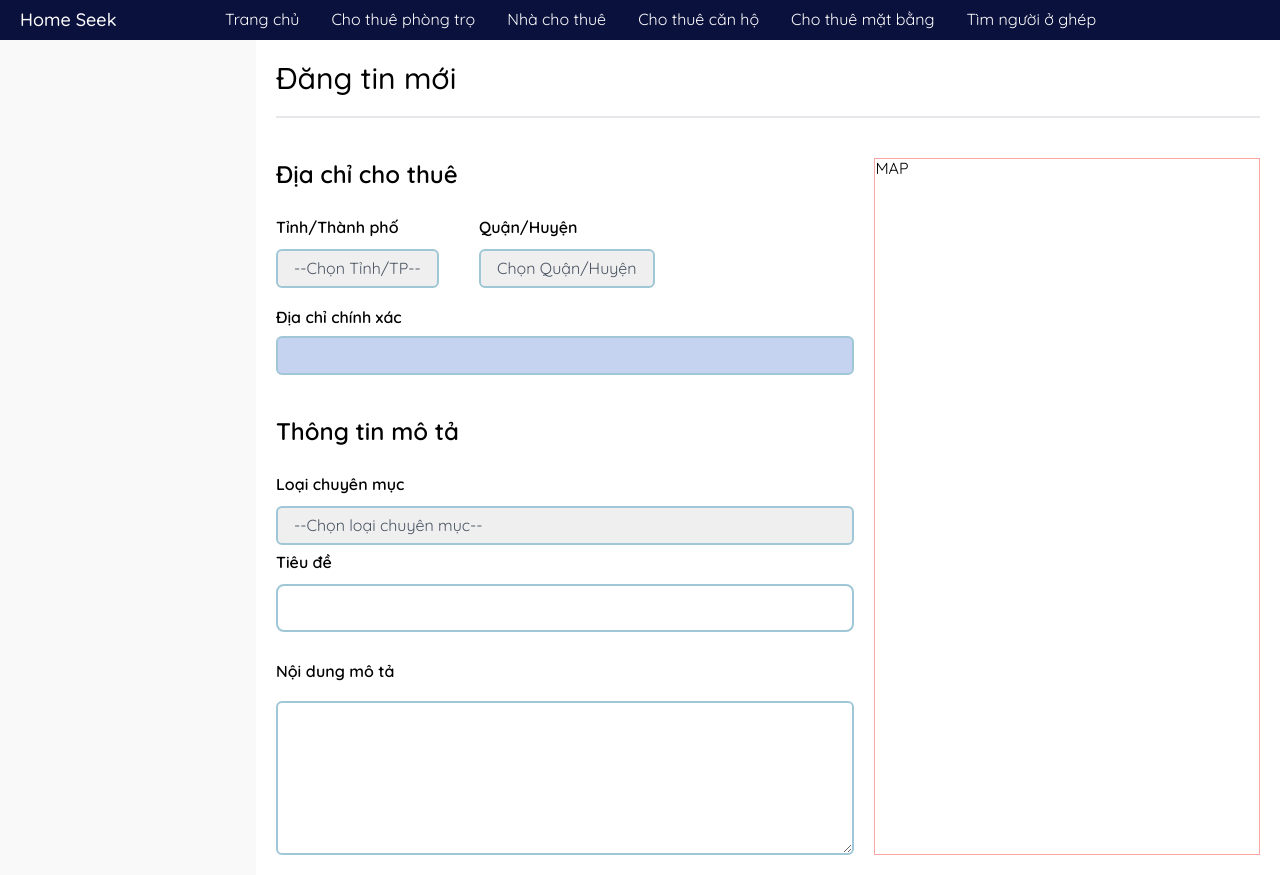
Repository: ajincome26/homeseek
Page: /create (app in client/)
These files come from the project's save history. The page is drawn as it stood at one moment and after the next save; the edit follows.
The browser window is 1280 px wide. The pictures show the whole page.
The page's requests for data from a server got no answer. The project was rebuilt for these pictures with package versions that can differ from the ones it lists, and the page was loaded fresh each time. Some packages were replaced by stand-ins written for this rebuild. No one was signed in, and anything a server would have sent is missing. Also part of the build but not shown: client/vite.config.ts, client/src/components/Footer/Footer.tsx, client/src/components/Button/Button.tsx, client/src/components/Button/index.ts, client/src/utils/utils.tsx, client/src/components/MainHeader/components/User.tsx, client/src/components/Popover/Popover.tsx, client/src/components/Popover/index.ts and 16 more.

Above is the page before, as saved 2024-01-10 05:12:48.

### client/index.html
<!doctype html>
<html lang="en">
  <head>
    <meta charset="UTF-8" />
    <link rel="icon" type="image/svg+xml" href="/vite.svg" />
    <meta name="viewport" content="width=device-width, initial-scale=1.0" />
    <title>Home Seek</title>
    <link rel="preconnect" href="https://fonts.googleapis.com" />
    <link rel="preconnect" href="https://fonts.gstatic.com" crossorigin />
    <link
      href="https://fonts.googleapis.com/css2?family=Quicksand:wght@300;400;500;600;700&display=swap"
      rel="stylesheet"
    />
  </head>
  <body>
    <div id="root"></div>
    <script type="module" src="/src/main.tsx"></script>
  </body>
</html>

### client/src/main.tsx
import ReactDOM from 'react-dom/client'
import App from './App'
import './styles/index.scss'
import { BrowserRouter } from 'react-router-dom'
import { QueryClient, QueryClientProvider } from '@tanstack/react-query'
import { ReactQueryDevtools } from '@tanstack/react-query-devtools'
import { AuthProvider } from './contexts/auth.context'
import { ErrorBoundary } from './components/ErrorBoundary'

// Create a client
const queryClient = new QueryClient({
  defaultOptions: {
    queries: {
      refetchOnWindowFocus: false // disable việc fetch lại api khi focus tab window
    }
  }
})

ReactDOM.createRoot(document.getElementById('root')!).render(
  <BrowserRouter>
    <QueryClientProvider client={queryClient}>
      <AuthProvider>
        <ErrorBoundary>
          <App />
        </ErrorBoundary>
      </AuthProvider>
      <ReactQueryDevtools initialIsOpen={false} />
    </QueryClientProvider>
  </BrowserRouter>
)

### client/src/App.tsx
import { useEffect } from 'react'
import { useAuth } from './contexts/auth.context'
import useRoute from './useRoute'
import { LocalStorageEventTarget } from './utils/auth'
import { ToastContainer } from 'react-toastify'
import 'react-toastify/dist/ReactToastify.css'

function App() {
  const routeElements = useRoute()
  const { resetAuth } = useAuth()
  useEffect(() => {
    LocalStorageEventTarget.addEventListener('clearLS', () => {
      resetAuth()
    })
    return () => {
      LocalStorageEventTarget.removeEventListener('clearLS', () => {
        resetAuth()
      })
    }
  }, [resetAuth])
  return (
    <div className='bg-third'>
      <ToastContainer />
      <div>{routeElements}</div>
    </div>
  )
}

export default App

### client/src/styles/index.scss
@tailwind base;
@tailwind components;
@tailwind utilities;

@import 'reset';

body {
  font-family: 'Quicksand', sans-serif;
  font-size: 16px;
  line-height: 1.2;
}

select {
  -webkit-appearance: none;
  -moz-appearance: none;
  appearance: none;
}

::-webkit-scrollbar {
  width: 10px;
}
::-webkit-scrollbar-track {
  background-color: #fafafa;
}
::-webkit-scrollbar-thumb {
  background-color: #ccd0d7;
  border-radius: 50px;
}

/* Chrome, Safari, Edge, Opera */
input::-webkit-outer-spin-button,
input::-webkit-inner-spin-button {
  -webkit-appearance: none;
  margin: 0;
}
/* Firefox */
input[type='number'] {
  appearance: textfield;
}

.cr-truncate-1 {
  overflow: hidden;
  display: -webkit-box;
  -webkit-box-orient: vertical;
  -webkit-line-clamp: 1;
  text-overflow: ellipsis;
  word-break: break-word;
}

// class tailwind-sort
.cr-transition {
  @apply transition-all ease-linear duration-200;
}
.cr-hover-text {
  @apply hover:text-[#977616] transition-colors ease-linear duration-200 cursor-pointer;
}
.cr-input-text {
  @apply px-3 py-2 border-[2px] border-[#a0c7d6] outline-none rounded-md focus:border-[#4b5fc2] cr-transition box-border w-full;
}

### client/src/contexts/auth.context.tsx
import React, { createContext, useContext, useState } from 'react'
import { User } from '~/types/user.type'
import { getAccessToken, getUserInfoFromStorage } from '~/utils/auth'

interface AuthProviderType {
  isLoggedIn: boolean
  setIsLoggedIn: React.Dispatch<React.SetStateAction<boolean>>
  userInfo: User | null
  setUserInfo: React.Dispatch<React.SetStateAction<User | null>>
  resetAuth: () => void
}
const initialContext: AuthProviderType = {
  isLoggedIn: Boolean(getAccessToken()),
  setIsLoggedIn: () => null,
  userInfo: getUserInfoFromStorage(),
  setUserInfo: () => null,
  resetAuth: () => null
}

const AuthContext = createContext<AuthProviderType>(initialContext)
const useAuth = () => {
  const context = useContext(AuthContext)
  if (typeof context === 'undefined') throw new Error('useAuth must be used within a AuthContext')
  return context
}
const AuthProvider = ({ children }: { children: React.ReactNode }) => {
  const [isLoggedIn, setIsLoggedIn] = useState(initialContext.isLoggedIn)
  const [userInfo, setUserInfo] = useState(initialContext.userInfo)
  const resetAuth = () => {
    setIsLoggedIn(false)
    setUserInfo(null)
  }
  return (
    <AuthContext.Provider value={{ isLoggedIn, setIsLoggedIn, userInfo, setUserInfo, resetAuth }}>
      {children}
    </AuthContext.Provider>
  )
}

// eslint-disable-next-line react-refresh/only-export-components
export { useAuth, AuthProvider }

### client/src/components/ErrorBoundary/index.ts
export { default as ErrorBoundary } from './ErrorBoundary'

### client/src/useRoute.tsx
import { useRoutes } from 'react-router-dom'
import { path } from './constants/path'
import { MainLayout } from './layouts/MainLayout'
import ManageLayout from './layouts/ManageLayout/ManageLayout'
import { CreatePost } from './pages/CreatePostPage'
import { HomePage } from './pages/HomePage'
import { LoginPage } from './pages/LoginPage'
import { RegisterPage } from './pages/RegisterPage'

const { HOME, LOGIN, REGISTER, OAUTH, CREATE } = path

const useRoute = () => {
  return useRoutes([
    {
      path: LOGIN,
      element: <LoginPage />
    },
    {
      path: REGISTER,
      element: <RegisterPage />
    },
    {
      path: OAUTH,
      element: <LoginPage />
    },
    {
      path: OAUTH,
      element: <RegisterPage />
    },
    // Authen không ảnh hưởng
    {
      element: <ManageLayout />,
      children: [
        {
          index: true,
          path: CREATE,
          element: <CreatePost />
        }
      ]
    },
    {
      element: <MainLayout />,
      children: [
        {
          index: true,
          path: HOME,
          element: <HomePage />
        }
      ]
    }
  ])
}

export default useRoute

### client/src/utils/auth.ts
import { User } from '~/types/user.type'

export const LocalStorageEventTarget = new EventTarget()

export const getAccessToken = () => localStorage.getItem('accessToken') || ''
export const getRefreshToken = () => localStorage.getItem('refreshToken') || ''
export const setAccessToken = (accessToken: string) => localStorage.setItem('accessToken', accessToken)
export const setRefreshToken = (refreshToken: string) => localStorage.setItem('refreshToken', refreshToken)
export const getUserInfoFromStorage = () => {
  const info = localStorage.getItem('userInfo')
  return info ? JSON.parse(info) : null
}
export const setUserInfoToStorage = (userInfo: User) => localStorage.setItem('userInfo', JSON.stringify(userInfo))

export const clearLocalStorage = () => {
  localStorage.removeItem('accessToken')
  localStorage.removeItem('refreshToken')
  localStorage.removeItem('userInfo')
  const clearLSEvent = new Event('clearLS')
  LocalStorageEventTarget.dispatchEvent(clearLSEvent)
}

### client/src/styles/_reset.scss
*,
*::before,
*::after {
  box-sizing: border-box;
}
* {
  margin: 0;
  padding: 0;
}

html,
body {
  height: 100%;
}
body {
  line-height: 1.5;
  -webkit-font-smoothing: antialiased;
  -webkit-tap-highlight-color: rgba(0, 0, 0, 0);
}
a {
  text-decoration: none;
  color: inherit;
}
img,
picture,
video,
canvas,
svg {
  display: block;
  // max-width: 100%;
}
input,
button,
textarea,
select {
  font: inherit;
  outline: none;
}
option:checked {
  background-color: #0891b2;
  color: white;
  font-style: italic;
}
p,
h1,
h2,
h3,
h4,
h5,
h6 {
  overflow-wrap: break-word;
}

### client/src/constants/path.ts
export const path = {
  HOME: '/',
  LOGIN: '/login',
  OAUTH: '/login/oauth',
  REGISTER: '/register',
  LOGOUT: '/logout',

  ROOM_FOR_RENT: '/room-for-rent',
  HOUSE_FOR_RENT: '/house-for-rent',
  APARTMENT_FOR_RENT: '/apartment-for-rent',
  GROUND_FOR_RENT: '/ground-for-rent',
  FIND_A_ROOMATE: '/find-a-roomate',

  CREATE: '/create',
  MANAGE: '/manage',
  PROFILE: '/user/profile',
  CHANGE_PASSWORD: '/user/change-password',

  CONTACT: '/contact',

  NOT_FOUND: '*'
}

### client/src/layouts/MainLayout/index.ts
export { default as MainLayout } from './MainLayout'

### client/src/layouts/ManageLayout/ManageLayout.tsx
import { Outlet } from 'react-router-dom'
import { Sidebar } from '~/components/Sidebar'
import { SubHeader } from '~/components/SubHeader'

const ManageLayout = () => {
  return (
    <>
      <SubHeader />
      <div className='pt-[40px] flex'>
        <div className='min-h-[calc(100vh-40px)] basis-1/5'>
          <Sidebar />
        </div>
        <div className='bg-white basis-4/5'>
          <Outlet />
        </div>
      </div>
    </>
  )
}

export default ManageLayout

### client/src/pages/CreatePostPage/index.ts
export { default as CreatePost } from './CreatePost'

### client/src/pages/HomePage/index.ts
export { default as HomePage } from './HomePage'

### client/src/pages/LoginPage/index.ts
export { default as LoginPage } from './LoginPage'

### client/src/pages/RegisterPage/index.ts
export { default as RegisterPage } from './RegisterPage'

### client/src/components/Sidebar/index.ts
export { default as Sidebar } from './Sidebar'

### client/src/components/SubHeader/index.ts
export { default as SubHeader } from './SubHeader'

### client/src/pages/CreatePostPage/CreatePost.tsx
import { yupResolver } from '@hookform/resolvers/yup'
import { useForm } from 'react-hook-form'
import { postSchema, PostSchema } from '~/utils/schema'
import Address from './components/Address'
import Overview from './components/Overview'

export type FormPost = PostSchema

const CreatePost = () => {
  const { handleSubmit } = useForm<FormPost>({
    resolver: yupResolver(postSchema)
  })
  const handleCreatePost = (data: FormPost) => {}
  return (
    <div className='p-5 text-black'>
      <h2 className='w-full pb-5 text-3xl font-medium border-b-2'>Đăng tin mới</h2>
      <div className='flex gap-5 mt-10'>
        <form onSubmit={handleSubmit(handleCreatePost)} className='flex flex-col gap-10 basis-[60%]'>
          <Address />
          <Overview />
        </form>
        <div className='border border-red-300 map basis-[40%]'>MAP</div>
      </div>
    </div>
  )
}

export default CreatePost

### client/src/components/SubHeader/SubHeader.tsx
import { Link } from 'react-router-dom'
import { SubNavigation } from '../SubNavigation'

const SubHeader = () => {
  return (
    <div className='fixed w-full h-[40px] bg-primary text-white flex items-center gap-12 px-5'>
      <Link to={'/'} className='text-lg font-medium cursor-pointer hover:text-sixth cr-transition'>
        Home Seek
      </Link>
      <div className='w-[80%]'>
        <SubNavigation />
      </div>
    </div>
  )
}

export default SubHeader

### client/src/pages/CreatePostPage/components/Overview.tsx
import { yupResolver } from '@hookform/resolvers/yup'
import { useState } from 'react'
import { Field } from '~/components/Field'
import { Input } from '~/components/Input'
import { Select } from '~/components/Select'
import { categories } from '~/constants/data'
import { useForm } from 'react-hook-form'
import { postSchema, PostSchema } from '~/utils/schema'
import { Label } from '~/components/Label'

export type FormCreatePost = PostSchema

const Overview = () => {
  const [category, setCategory] = useState('')
  const {
    register,
    handleSubmit,
    setError,
    formState: { errors }
  } = useForm<FormCreatePost>({
    resolver: yupResolver(postSchema)
  })
  return (
    <div>
      <h1 className='mb-5 text-2xl font-semibold'>Thông tin mô tả</h1>
      <Field>
        <Label textColor='text-black' htmlFor='title'>
          Loại chuyên mục
        </Label>
        <Select
          type='category'
          optionTitle='--Chọn loại chuyên mục--'
          categories={categories as []}
          value={category}
          setValue={setCategory}
        />
      </Field>
      <Field>
        <Label textColor='text-black' htmlFor='title'>
          Tiêu đề
        </Label>
        <Input
          className='px-3 py-2 border-[2px] border-[#a0c7d6] outline-none focus:border-[#4b5fc2] cr-transition flex-1 hover:border-[#a0c7d6]'
          register={register}
          name='title'
          errorMessage={errors.title?.message}
        />
      </Field>
      <Field>
        <Label textColor='text-black' htmlFor='title'>
          Nội dung mô tả
        </Label>
        <textarea
          id='desc'
          className='mt-2 cr-input-text'
          rows={7}
          // value={payload.description}
          // onChange={(e) => setPayload((prev) => ({ ...prev, description: e.target.value }))}
          // onFocus={() => setInvalidFields([])}
        />
      </Field>
    </div>
  )
}

export default Overview

### client/src/components/Field/index.ts
export { default as Field } from './Field'

### client/src/components/Input/index.ts
export { default as Input } from './Input'
export { default as InputPassword } from './InputPassword'
export { default as InputSearch } from './InputSearch'
export { default as InputNumber } from './InputNumber'
export { default as InputFile } from './InputFile'
export { default as InputReadOnly } from './InputReadOnly'

### client/src/components/Label/index.ts
export { default as Label } from './Label'

### client/src/components/SubNavigation/index.ts
export { default as SubNavigation } from './SubNavigation'

### client/src/apis/province.api.ts
import { Province } from '~/types/province.type'
import { apiGetPublicProvinces } from '~/utils/utils'

const provinceApi = {
  getProvinces: () => apiGetPublicProvinces.get<Province[]>('/')
}

export default provinceApi

### client/src/components/Select/index.ts
export { default as Select } from './Select'

### client/src/components/Field/Field.tsx
interface Props {
  children: JSX.Element | JSX.Element[]
}

const Field = ({ children }: Props) => {
  return <div className='flex flex-col items-start'>{children}</div>
}

export default Field

### client/src/components/Input/Input.tsx
import { InputHTMLAttributes } from 'react'
import type { FieldValues, FieldPath, UseFormRegister } from 'react-hook-form'

export interface InputProps<TFieldValues extends FieldValues> extends InputHTMLAttributes<HTMLInputElement> {
  name: FieldPath<TFieldValues>
  errorMessage?: string
  register: UseFormRegister<TFieldValues>
}

const Input = <TFieldValues extends FieldValues = FieldValues>({
  className,
  type,
  name,
  children,
  errorMessage,
  register,
  ...props
}: InputProps<TFieldValues>) => {
  return (
    <div className='relative w-full'>
      <input
        id={name}
        type={type || 'text'}
        {...register(name)}
        {...props}
        className={`mb-[6px] border rounded-lg py-3 bg-grayField hover:border-primary focus:border-primary transition w-full focus:bg-white ${
          children ? 'pl-4 pr-10' : 'px-4'
        } ${className}`}
        autoComplete='on'
      />
      <span className='absolute top-1/2 right-3 translate-y-[-110%] cursor-pointer text-grayDark'>{children}</span>
      <div className='text-sm text-red-500 min-h-[1rem] leading-4'>{errorMessage}</div>
    </div>
  )
}

export default Input

### client/src/components/Input/InputReadOnly.tsx
import { InputHTMLAttributes } from 'react'

export interface InputProps extends InputHTMLAttributes<HTMLInputElement> {
  title: string
  data: string
}

const InputReadOnly = ({ title, data }: InputProps) => {
  return (
    <div className='w-full'>
      <label className='font-semibold' htmlFor={title}>
        {title}
      </label>
      <input type='text' id={title} value={data || ''} className='mt-2 cr-input-text bg-[#c5d3f1]' readOnly />
    </div>
  )
}

export default InputReadOnly

### client/src/components/Label/Label.tsx
interface Props {
  htmlFor: string
  children: string
  textColor?: string
}

const Label = ({ htmlFor, children, textColor }: Props) => {
  return (
    <label className={`${textColor || 'text-white'} mt-2 mb-3 font-semibold cursor-pointer`} htmlFor={htmlFor}>
      {children}
    </label>
  )
}

export default Label

### client/src/components/SubNavigation/SubNavigation.tsx
import { NavLink } from 'react-router-dom'
import { categories } from '~/constants/data'

const notActive = 'hover:bg-secondary px-4 h-full flex items-center bg-primary transition-all ease-linear duration-300'
const active = 'hover:bg-secondary px-4 h-full flex items-center bg-secondary'
const SubNavigation = () => {
  return (
    <div className='w-full h-[40px] flex justify-center items-center'>
      <div className='flex items-center h-full'>
        <NavLink to={'/'} className={({ isActive }) => (isActive ? active : notActive)}>
          Trang chủ
        </NavLink>
        {categories?.length > 0 &&
          categories.map((item, index) => {
            return (
              <div key={index} className='h-full'>
                <NavLink to={item.path} className={({ isActive }) => (isActive ? active : notActive)}>
                  {item.name}
                </NavLink>
              </div>
            )
          })}
      </div>
    </div>
  )
}

export default SubNavigation

Loaded but not shown: client/tailwind.config.js (37 lines, source omitted); client/src/utils/schema.ts (64 lines, source omitted); client/src/pages/CreatePostPage/components/Address.tsx (77 lines, source omitted); client/src/components/Select/Select.tsx (49 lines, source omitted); client/src/utils/icons.ts (69 lines, source omitted); client/src/constants/data.tsx (73 lines, source omitted)

After the next save:
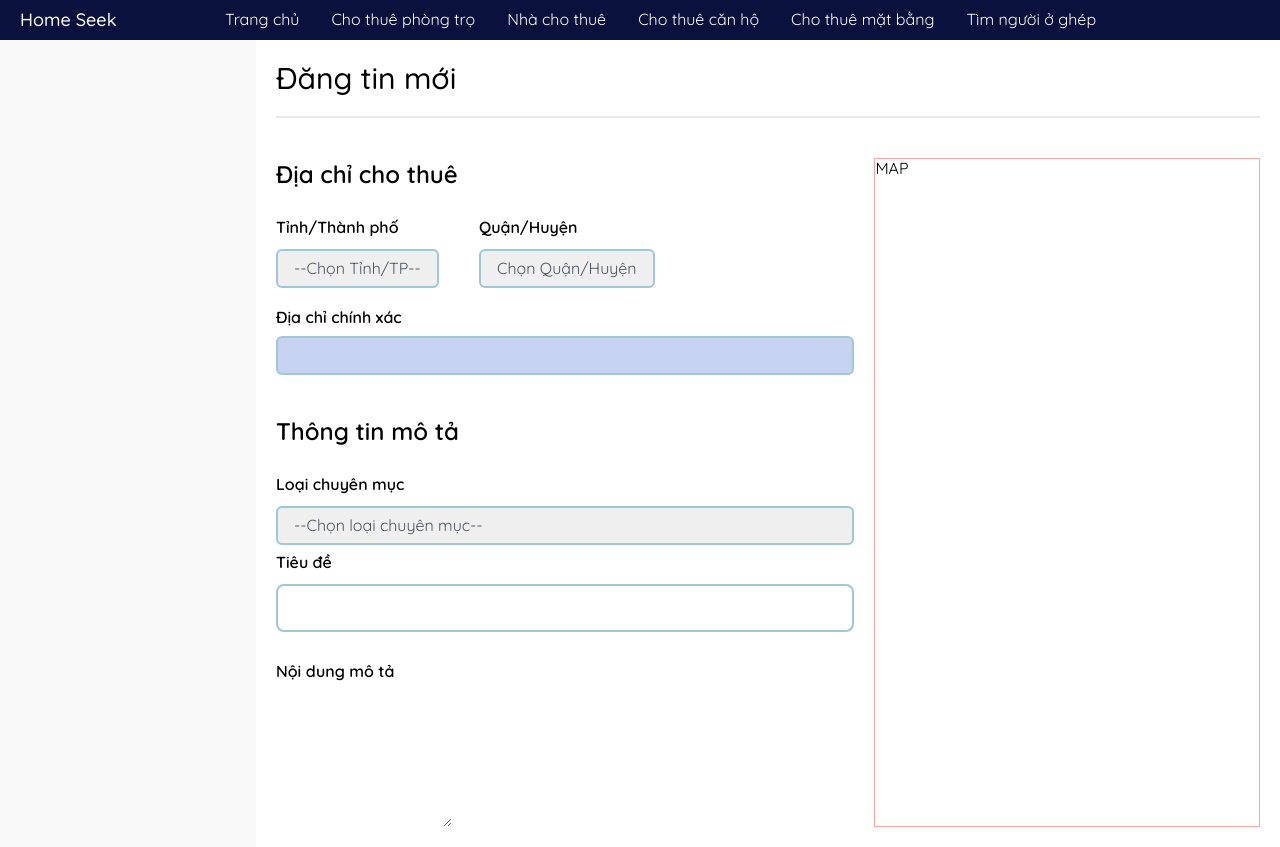
Saved 24 s later.
--- a/client/src/pages/CreatePostPage/components/Overview.tsx
+++ b/client/src/pages/CreatePostPage/components/Overview.tsx
@@ -52,7 +52,7 @@
         </Label>
         <textarea
           id='desc'
-          className='mt-2 cr-input-text'
+          className=''
           rows={7}
           // value={payload.description}
           // onChange={(e) => setPayload((prev) => ({ ...prev, description: e.target.value }))}

After the save that followed:
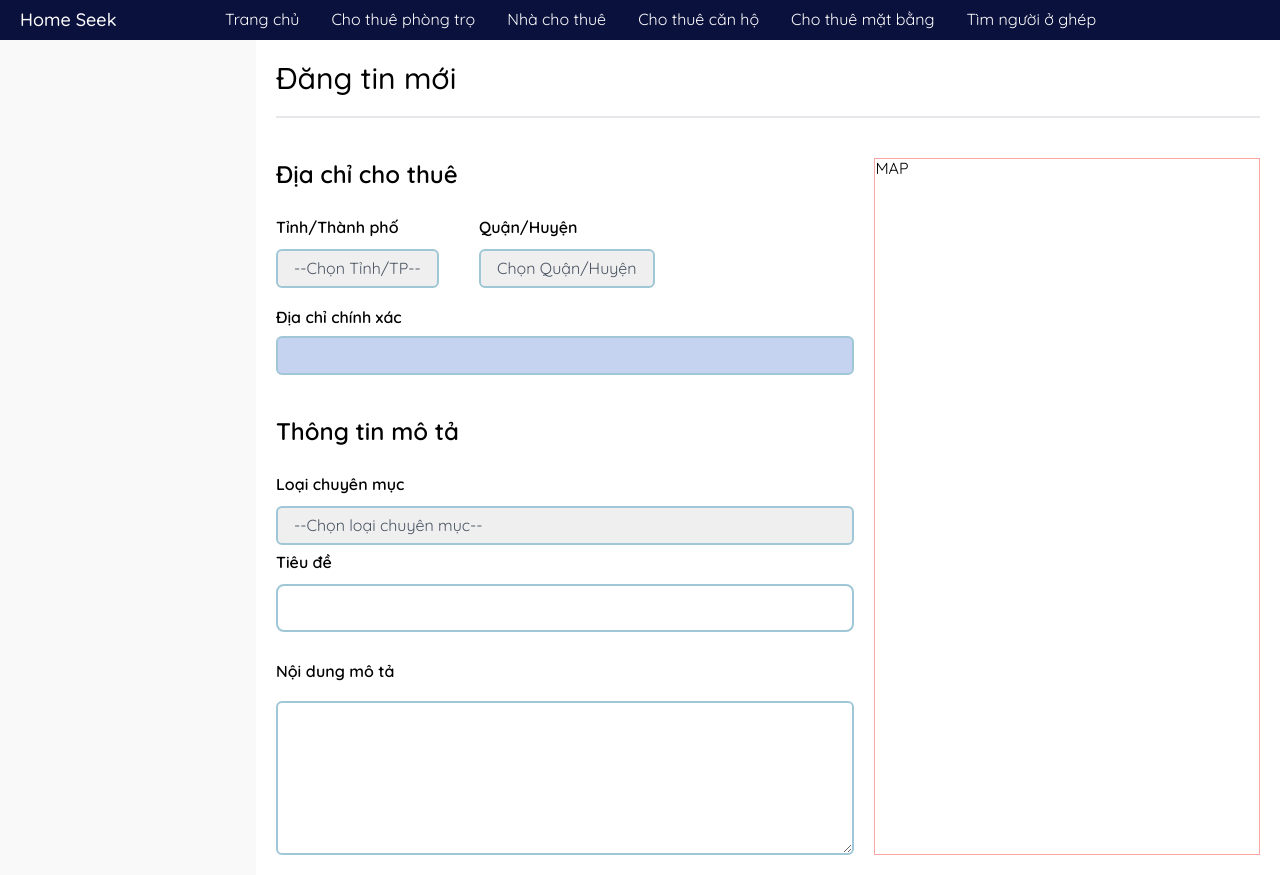
Saved 5 s later.
--- a/client/src/pages/CreatePostPage/components/Overview.tsx
+++ b/client/src/pages/CreatePostPage/components/Overview.tsx
@@ -52,7 +52,7 @@
         </Label>
         <textarea
           id='desc'
-          className=''
+          className='mt-2 cr-input-text'
           rows={7}
           // value={payload.description}
           // onChange={(e) => setPayload((prev) => ({ ...prev, description: e.target.value }))}
